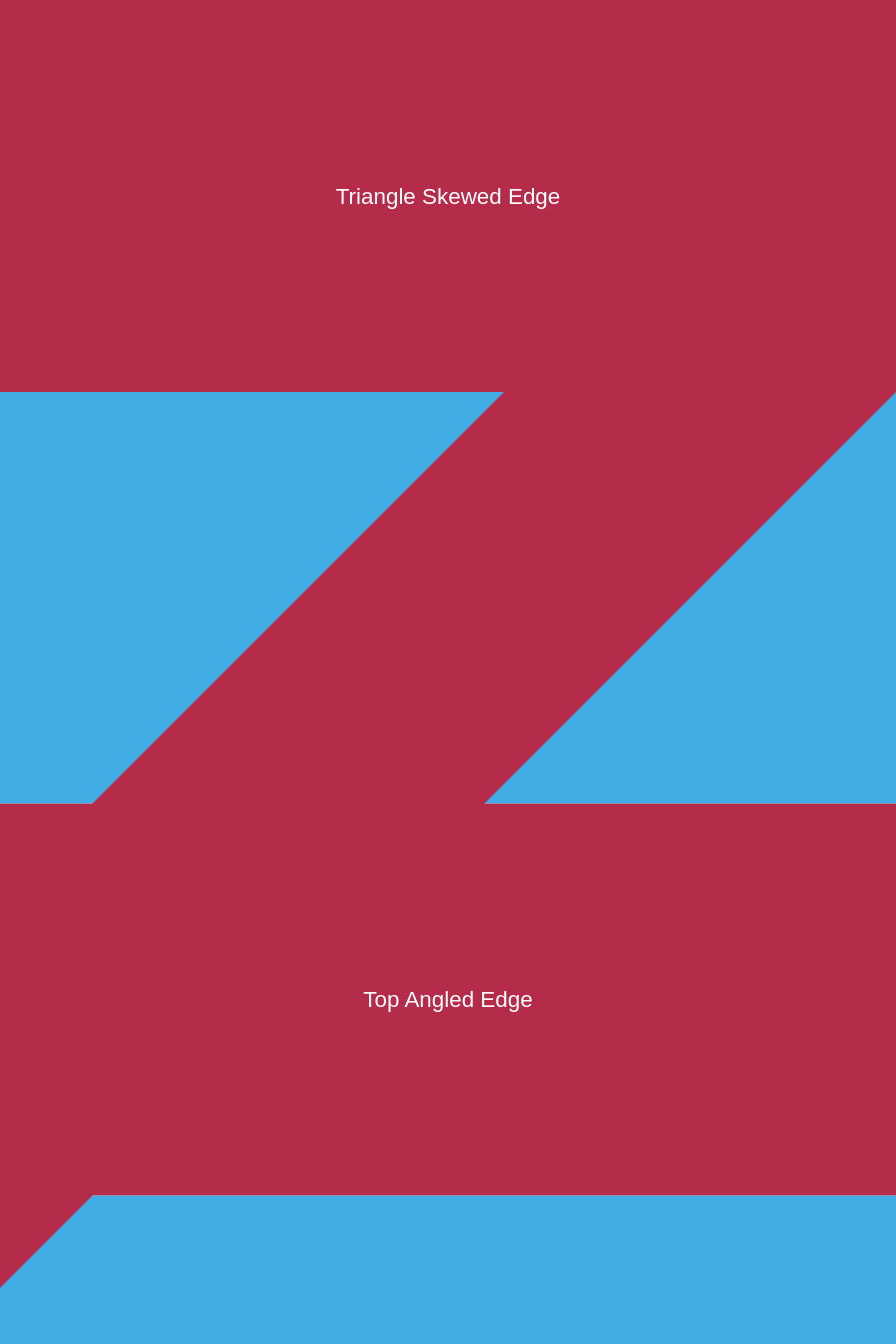
Repository: FrontendProjectsNL/mijn-portfolio-project
Page: /test-skewed-triangle
An editor plug-in stored every save of this project. The page is shown before and after the next save, followed by the edit.
The browser window is 1280 px wide. The pictures show the part of the page from y = 0 to 1920 px (the page is 3444 px tall before and 824 px after), at 70% of full size.
The project was rebuilt for these pictures with package versions that can differ from the ones it lists, and the page was loaded fresh each time. The framework's server and built-in components were replaced by stand-ins that run in the browser. Also part of the build but not shown: next.config.mjs.

Above is the page before, as saved 2024-10-23 00:16:13.

### app/layout.tsx
import type { Metadata } from 'next';
import localFont from 'next/font/local';

import { Roboto, Fira_Code, HelveticaNowDisplay } from 'next/font/google';

import './globals.css';

const geistSans = localFont({
  src: './fonts/GeistVF.woff',
  variable: '--font-geist-sans',
  weight: '100 900',
});
const geistMono = localFont({
  src: './fonts/GeistMonoVF.woff',
  variable: '--font-geist-mono',
  weight: '100 900',
});

const roboto = Roboto({
  subsets: ['latin'],
  weight: ['300', '400', '500', '700'],
  variable: '--font-roboto',
});

const firaCode = Fira_Code({
  subsets: ['latin'],
  weight: ['300', '400', '500', '700'],
  variable: '--font-fira-code',
});

export const metadata: Metadata = {
  title: 'Create Next App',
  description: 'Generated by create next app',
};

export default function RootLayout({
  children,
}: Readonly<{
  children: React.ReactNode;
}>) {
  return (
    <html lang="en">
      <body
        className={`${roboto.variable} ${firaCode.variable} ${geistSans.variable} ${geistMono.variable} antialiased`}
      >
        {children}
      </body>
    </html>
  );
}

### app/test-skewed-triangle/page.tsx
import '../test-skewed-triangle/skewed-triangle.css';

interface SkewedTriangleProps {}

const SkewedTriangle: React.FC<SkewedTriangleProps> = () => {
  return (
    <div>
      <div className="block bg-berry edge--triangle">
        <h1>Triangle Skewed Edge</h1>
      </div>

      <div className="block bg-blue edge edge--bottom-reverse">
        <h1>Bottom Angled Edge</h1>
        <p>Reversed</p>
      </div>

      <div className="block bg-berry edge edge--top">
        <h1>Top Angled Edge</h1>
      </div>

      <div className="block bg-blue edge edge--top-reverse">
        <h1>Top Angled Edge</h1>
        <p>Reversed</p>
      </div>

      <div className="block bg-orange edge edge--both">
        <h1>Top & Bottom Angled Edges</h1>
      </div>

      <div className="block bg-green edge edge--both-reverse">
        <h1>Top & Bottom Angled Edges</h1>
        <p>Reversed</p>
      </div>
    </div>
  );
};

export default SkewedTriangle;

### app/test-skewed-triangle/skewed-triangle.css
.edge--triangle {
  position: relative;
  z-index: 1;
}

.edge--triangle::after {
  background: inherit;
  content: '';
  display: block;
  width: 100%;
  height: 100%;
  position: absolute;
  bottom: 0;
  left: 0;
  z-index: -1;
  transform: skewY(-45deg); /* Adjust skew to make a triangle-like shape */
  transform-origin: 100% 100%;
}

/* Background Colors */
.bg-berry {
  background: #b52b4a;
}

.bg-blue {
  background: #41ade5;
}

.bg-orange {
  background: #de6628;
}

.bg-green {
  background: #5e9b42;
}

.block {
  color: #fff;
  font-family: 'Fira Sans', sans-serif;
  padding: 20% 20px;
  text-align: center;
}

h1 {
  font-size: 32px;
  font-weight: 500;
}

p {
  font-size: 14px;
  font-weight: 300;
  margin-top: 0.5em;
}

### tailwind.config.ts
import { Roboto } from 'next/font/google';
import type { Config } from 'tailwindcss';

const config: Config = {
  darkMode: ['class'],
  content: [
    './pages/**/*.{js,ts,jsx,tsx,mdx}',
    './components/**/*.{js,ts,jsx,tsx,mdx}',
    './app/**/*.{js,ts,jsx,tsx,mdx}',
  ],

  theme: {
    extend: {
      // You can define custom animations here
      // keyframes: {
      //   slideKeyframe: {
      //     '0%': { transform: 'translateX(0)' },
      //     '100%': { transform: 'translateX(100%)' },
      //   },
      // },
      // animation: {
      //   slideAnimation: 'slideKeyframe 0.5s ease-in-out',
      // },
      fontFamily: {
        roboto: ['var(--font-roboto)', 'sans-serif'],
        firaCode: ['var(--font-fira-code)', 'monospace'],
      },
      colors: {
        background: 'hsl(var(--background))',
        foreground: 'hsl(var(--foreground))',
        card: {
          DEFAULT: 'hsl(var(--card))',
          foreground: 'hsl(var(--card-foreground))',
        },
        popover: {
          DEFAULT: 'hsl(var(--popover))',
          foreground: 'hsl(var(--popover-foreground))',
        },
        primary: {
          DEFAULT: 'hsl(var(--primary))',
          foreground: 'hsl(var(--primary-foreground))',
        },
        secondary: {
          DEFAULT: 'hsl(var(--secondary))',
          foreground: 'hsl(var(--secondary-foreground))',
        },
        muted: {
          DEFAULT: 'hsl(var(--muted))',
          foreground: 'hsl(var(--muted-foreground))',
        },
        accent: {
          DEFAULT: 'hsl(var(--accent))',
          foreground: 'hsl(var(--accent-foreground))',
        },
        destructive: {
          DEFAULT: 'hsl(var(--destructive))',
          foreground: 'hsl(var(--destructive-foreground))',
        },
        border: 'hsl(var(--border))',
        input: 'hsl(var(--input))',
        ring: 'hsl(var(--ring))',
        chart: {
          '1': 'hsl(var(--chart-1))',
          '2': 'hsl(var(--chart-2))',
          '3': 'hsl(var(--chart-3))',
          '4': 'hsl(var(--chart-4))',
          '5': 'hsl(var(--chart-5))',
        },
      },
      borderRadius: {
        lg: 'var(--radius)',
        md: 'calc(var(--radius) - 2px)',
        sm: 'calc(var(--radius) - 4px)',
      },
    },
  },
  plugins: [require('tailwindcss-animate')],
};
export default config;

Loaded but not shown: app/globals.css (common file)

After the next save:
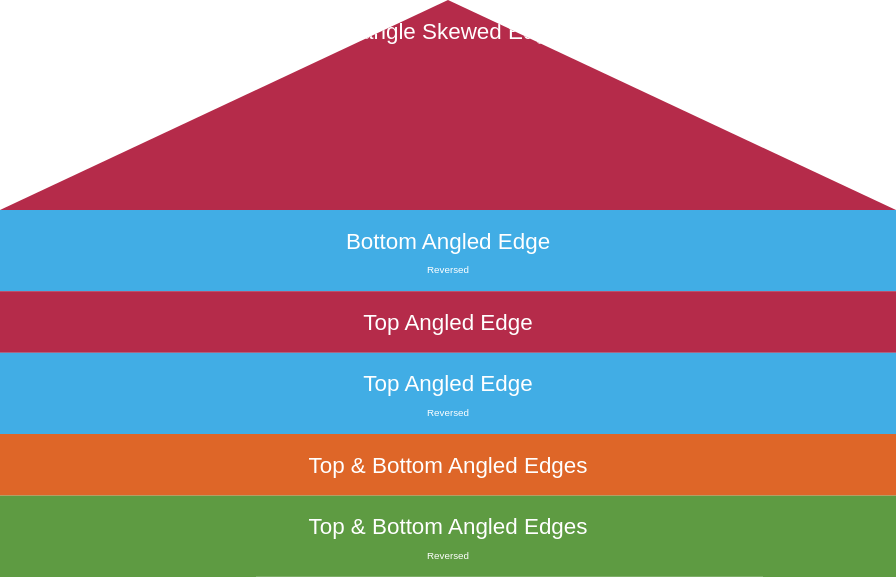
Saved 107 s later.
--- a/app/test-skewed-triangle/skewed-triangle.css
+++ b/app/test-skewed-triangle/skewed-triangle.css
@@ -1,20 +1,13 @@
 .edge--triangle {
   position: relative;
   z-index: 1;
-}
-
-.edge--triangle::after {
   background: inherit;
-  content: '';
-  display: block;
-  width: 100%;
-  height: 100%;
-  position: absolute;
-  bottom: 0;
-  left: 0;
-  z-index: -1;
-  transform: skewY(-45deg); /* Adjust skew to make a triangle-like shape */
-  transform-origin: 100% 100%;
+  clip-path: polygon(
+    50% 0%,
+    0% 100%,
+    100% 100%
+  ); /* Creates the triangle shape */
+  height: 300px; /* Adjust height based on your design */
 }
 
 /* Background Colors */
@@ -37,7 +30,7 @@
 .block {
   color: #fff;
   font-family: 'Fira Sans', sans-serif;
-  padding: 20% 20px;
+  padding: 20px;
   text-align: center;
 }
 
